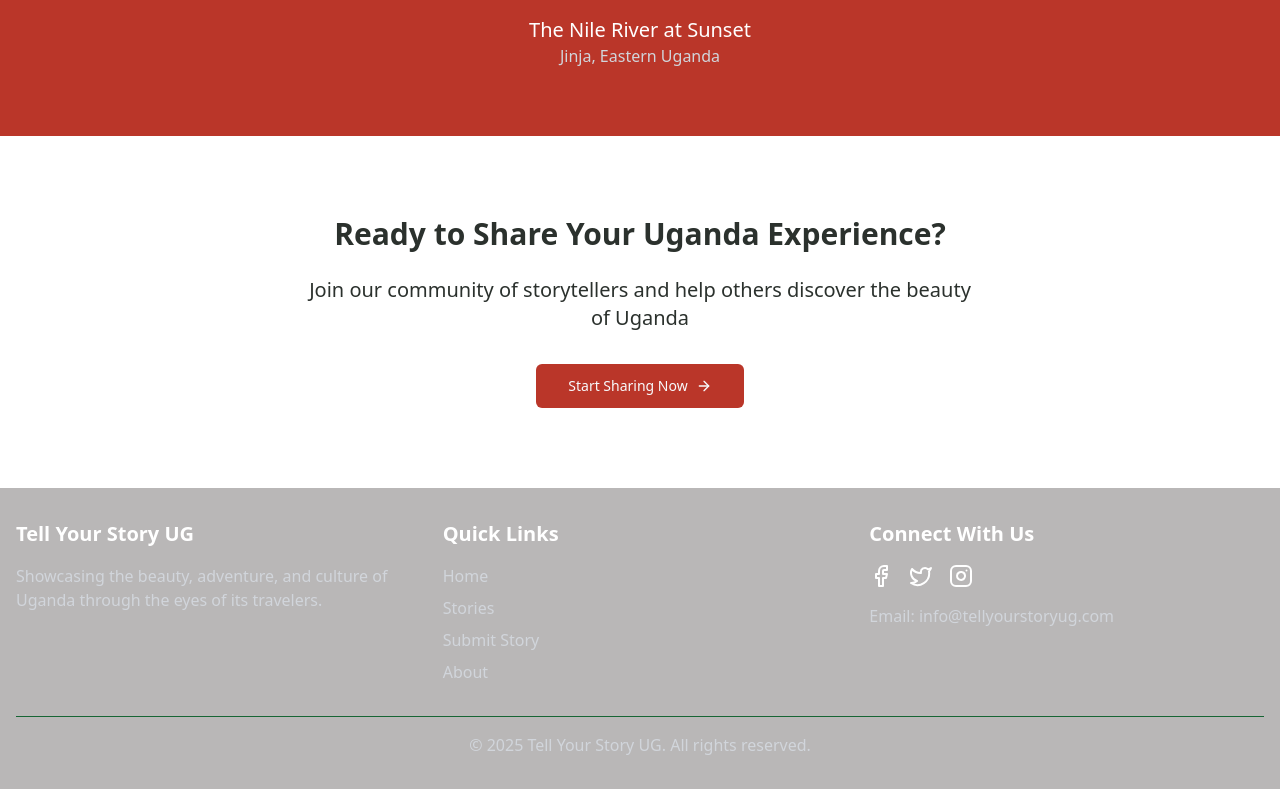
Repository: kaizoku010/take.part
Page: /
An editor plug-in stored every save of this project. The page is shown before and after a run of saves, followed by the edit.
The browser window is 1280 px wide. The pictures show the part of the page from y = 2259 to 3048 px (the page is 3048 px tall).
The project was rebuilt for these pictures with package versions that can differ from the ones it lists, and the page was loaded fresh each time. Also part of the build but not shown: vite.config.ts, src/components/ui/tooltip.tsx, src/pages/About.tsx, src/components/ui/input.tsx, src/pages/Stories.tsx, src/pages/StoryDetail.tsx, src/components/ui/use-toast.ts, src/components/ui/label.tsx and 3 more.

Above is the page before, as saved 2025-04-14 14:28:51.

### index.html

<!DOCTYPE html>
<html lang="en">
  <head>
    <meta charset="UTF-8" />
    <meta name="viewport" content="width=device-width, initial-scale=1.0" />
    <title>Tell Your Story</title>
    <meta name="description" content="Share your Ugandan tourism experiences and inspire others to explore the Pearl of Africa" />
    <meta name="author" content="muneza dixon" />

    <meta property="og:title" content="Tell Your Story UG - Explore Uganda" />
    <meta property="og:description" content="Share your Ugandan tourism experiences and inspire others to explore the Pearl of Africa" />

    <!-- Meta Pixel Code -->
    <script>
    !function(f,b,e,v,n,t,s)
    {if(f.fbq)return;n=f.fbq=function(){n.callMethod?
    n.callMethod.apply(n,arguments):n.queue.push(arguments)};
    if(!f._fbq)f._fbq=n;n.push=n;n.loaded=!0;n.version='2.0';
    n.queue=[];t=b.createElement(e);t.async=!0;
    t.src=v;s=b.getElementsByTagName(e)[0];
    s.parentNode.insertBefore(t,s)}(window, document,'script',
    'https://connect.facebook.net/en_US/fbevents.js');
    fbq('init', '1846327909352916');
    fbq('track', 'PageView');
    </script>
    <!-- End Meta Pixel Code -->
  </head>

  <body>
    <div id="root"></div>
    <!-- Facebook Pixel noscript -->
    <noscript><img height="1" width="1" style="display:none"
    src="https://www.facebook.com/tr?id=1846327909352916&ev=PageView&noscript=1"
    /></noscript>
    <!-- IMPORTANT: DO NOT REMOVE THIS SCRIPT TAG OR THIS VERY COMMENT! -->
    <script src="https://cdn.gpteng.co/gptengineer.js" type="module"></script>
    <script type="module" src="/src/main.tsx"></script>
  </body>
</html>

### src/App.tsx

import { Toaster } from "@/components/ui/toaster";
import { Toaster as Sonner } from "@/components/ui/sonner";
import { TooltipProvider } from "@/components/ui/tooltip";
import { QueryClient, QueryClientProvider } from "@tanstack/react-query";
import { BrowserRouter, Routes, Route } from "react-router-dom";
import Home from "./pages/Home";
import About from "./pages/About";
import Stories from "./pages/Stories";
import StoryDetail from "./pages/StoryDetail";
import SubmitStory from "./pages/SubmitStory";
import NotFound from "./pages/NotFound";
import "./mdx.css";

const queryClient = new QueryClient();

const App = () => (
  <QueryClientProvider client={queryClient}>
    <TooltipProvider>
      <Toaster />
      <Sonner />
      <BrowserRouter>
        <Routes>
          <Route path="/" element={<Home />} />
          <Route path="/about" element={<About />} />
          <Route path="/stories" element={<Stories />} />
          <Route path="/stories/:id" element={<StoryDetail />} />
          <Route path="/submit-story" element={<SubmitStory />} />
          {/* ADD ALL CUSTOM ROUTES ABOVE THE CATCH-ALL "*" ROUTE */}
          <Route path="*" element={<NotFound />} />
        </Routes>
      </BrowserRouter>
    </TooltipProvider>
  </QueryClientProvider>
);

export default App;

### src/index.css
@tailwind base;
@tailwind components;
@tailwind utilities;

@layer base {
  :root {
    --background: 0 0% 100%;
    --foreground: 222.2 84% 4.9%;

    --card: 0 0% 100%;
    --card-foreground: 222.2 84% 4.9%;

    --popover: 0 0% 100%;
    --popover-foreground: 222.2 84% 4.9%;

    /* Main Orange/Gold */
    --primary: 41.81 100% 49.8%;
    --primary-foreground: 210 40% 98%;

    /* Rust Red */
    --secondary: 5.38 63.88% 44.51%;
    --secondary-foreground: 210 40% 98%;

    /* Change accent to Rust Red */
    --accent: 5.38 63.88% 44.51%;
    --accent-foreground: 210 40% 98%;

    --muted: 210 40% 96.1%;
    --muted-foreground: 215.4 16.3% 46.9%;

    --destructive: 0 84.2% 60.2%;
    --destructive-foreground: 210 40% 98%;

    --border: 214.3 31.8% 91.4%;
    --input: 214.3 31.8% 91.4%;
    --ring: 5.38 63.88% 44.51%;  /* Changed to Rust Red */

    --radius: 0.5rem;

    --sidebar-background: 0 0% 98%;

    --sidebar-foreground: 240 5.3% 26.1%;

    --sidebar-primary: 240 5.9% 10%;

    --sidebar-primary-foreground: 0 0% 98%;

    --sidebar-accent: 240 4.8% 95.9%;

    --sidebar-accent-foreground: 240 5.9% 10%;

    --sidebar-border: 220 13% 91%;

    --sidebar-ring: 217.2 91.2% 59.8%;
  }

  .dark {
    --background: 222.2 84% 4.9%;
    --foreground: 210 40% 98%;

    --card: 222.2 84% 4.9%;
    --card-foreground: 210 40% 98%;

    --popover: 222.2 84% 4.9%;
    --popover-foreground: 210 40% 98%;

    /* Main Orange/Gold */
    --primary: 41.81 100% 49.8%;
    --primary-foreground: 210 40% 98%;

    /* Rust Red */
    --secondary: 5.38 63.88% 44.51%;
    --secondary-foreground: 210 40% 98%;

    /* Change accent to Rust Red */
    --accent: 5.38 63.88% 44.51%;
    --accent-foreground: 210 40% 98%;

    --muted: 217.2 32.6% 17.5%;
    --muted-foreground: 215 20.2% 65.1%;

    --destructive: 0 62.8% 30.6%;
    --destructive-foreground: 210 40% 98%;

    --border: 217.2 32.6% 17.5%;
    --input: 217.2 32.6% 17.5%;
    --ring: 5.38 63.88% 44.51%;  /* Changed to Rust Red */
    --sidebar-background: 240 5.9% 10%;
    --sidebar-foreground: 240 4.8% 95.9%;
    --sidebar-primary: 224.3 76.3% 48%;
    --sidebar-primary-foreground: 0 0% 100%;
    --sidebar-accent: 240 3.7% 15.9%;
    --sidebar-accent-foreground: 240 4.8% 95.9%;
    --sidebar-border: 240 3.7% 15.9%;
    --sidebar-ring: 217.2 91.2% 59.8%;
  }
}

@layer base {
  * {
    @apply border-border;
  }

  body {
    @apply bg-background text-foreground;
  }
}

### src/components/ui/toaster.tsx
import { useToast } from "@/hooks/use-toast"
import {
  Toast,
  ToastClose,
  ToastDescription,
  ToastProvider,
  ToastTitle,
  ToastViewport,
} from "@/components/ui/toast"

export function Toaster() {
  const { toasts } = useToast()

  return (
    <ToastProvider>
      {toasts.map(function ({ id, title, description, action, ...props }) {
        return (
          <Toast key={id} {...props}>
            <div className="grid gap-1">
              {title && <ToastTitle>{title}</ToastTitle>}
              {description && (
                <ToastDescription>{description}</ToastDescription>
              )}
            </div>
            {action}
            <ToastClose />
          </Toast>
        )
      })}
      <ToastViewport />
    </ToastProvider>
  )
}

### src/components/ui/sonner.tsx
import { useTheme } from "next-themes"
import { Toaster as Sonner, toast } from "sonner"

type ToasterProps = React.ComponentProps<typeof Sonner>

const Toaster = ({ ...props }: ToasterProps) => {
  const { theme = "system" } = useTheme()

  return (
    <Sonner
      theme={theme as ToasterProps["theme"]}
      className="toaster group"
      toastOptions={{
        classNames: {
          toast:
            "group toast group-[.toaster]:bg-background group-[.toaster]:text-foreground group-[.toaster]:border-border group-[.toaster]:shadow-lg",
          description: "group-[.toast]:text-muted-foreground",
          actionButton:
            "group-[.toast]:bg-primary group-[.toast]:text-primary-foreground",
          cancelButton:
            "group-[.toast]:bg-muted group-[.toast]:text-muted-foreground",
        },
      }}
      {...props}
    />
  )
}

export { Toaster, toast }

### src/mdx.css
/* #hero-text{
    font-size: medium !important;
} */

#logo{
    width: 6rem !important;
}

#link{
    font-weight: 500;
color:rgba(0, 0, 0, 0.658) !important;
}


.bg-green-800{
    background-color: #ba3629 !important;
}

.bg-yellow-800{
    background-color: rgb(254, 177, 0) !important;
}

.bg-green-900 {
background-color: rgb(185, 183, 183) !important;
}


.text-green-800 {
    --tw-text-opacity: 1;
    color: rgb(43 49 45) !important;
}

### src/components/ui/button.tsx
import * as React from "react"
import { Slot } from "@radix-ui/react-slot"
import { cva, type VariantProps } from "class-variance-authority"

import { cn } from "@/lib/utils"

const buttonVariants = cva(
  "inline-flex items-center justify-center gap-2 whitespace-nowrap rounded-md text-sm font-medium ring-offset-background transition-colors focus-visible:outline-none focus-visible:ring-2 focus-visible:ring-ring focus-visible:ring-offset-2 disabled:pointer-events-none disabled:opacity-50 [&_svg]:pointer-events-none [&_svg]:size-4 [&_svg]:shrink-0",
  {
    variants: {
      variant: {
        default: "bg-primary text-primary-foreground hover:bg-primary/90",
        destructive:
          "bg-destructive text-destructive-foreground hover:bg-destructive/90",
        outline:
          "border border-input bg-background hover:bg-accent hover:text-accent-foreground",
        secondary:
          "bg-secondary text-secondary-foreground hover:bg-secondary/80",
        ghost: "hover:bg-accent hover:text-accent-foreground",
        link: "text-primary underline-offset-4 hover:underline",
      },
      size: {
        default: "h-10 px-4 py-2",
        sm: "h-9 rounded-md px-3",
        lg: "h-11 rounded-md px-8",
        icon: "h-10 w-10",
      },
    },
    defaultVariants: {
      variant: "default",
      size: "default",
    },
  }
)

export interface ButtonProps
  extends React.ButtonHTMLAttributes<HTMLButtonElement>,
    VariantProps<typeof buttonVariants> {
  asChild?: boolean
}

const Button = React.forwardRef<HTMLButtonElement, ButtonProps>(
  ({ className, variant, size, asChild = false, ...props }, ref) => {
    const Comp = asChild ? Slot : "button"
    return (
      <Comp
        className={cn(buttonVariants({ variant, size, className }))}
        ref={ref}
        {...props}
      />
    )
  }
)
Button.displayName = "Button"

export { Button, buttonVariants }

### src/components/ui/card.tsx
import * as React from "react"

import { cn } from "@/lib/utils"

const Card = React.forwardRef<
  HTMLDivElement,
  React.HTMLAttributes<HTMLDivElement>
>(({ className, ...props }, ref) => (
  <div
    ref={ref}
    className={cn(
      "rounded-lg border bg-card text-card-foreground shadow-sm",
      className
    )}
    {...props}
  />
))
Card.displayName = "Card"

const CardHeader = React.forwardRef<
  HTMLDivElement,
  React.HTMLAttributes<HTMLDivElement>
>(({ className, ...props }, ref) => (
  <div
    ref={ref}
    className={cn("flex flex-col space-y-1.5 p-6", className)}
    {...props}
  />
))
CardHeader.displayName = "CardHeader"

const CardTitle = React.forwardRef<
  HTMLParagraphElement,
  React.HTMLAttributes<HTMLHeadingElement>
>(({ className, ...props }, ref) => (
  <h3
    ref={ref}
    className={cn(
      "text-2xl font-semibold leading-none tracking-tight",
      className
    )}
    {...props}
  />
))
CardTitle.displayName = "CardTitle"

const CardDescription = React.forwardRef<
  HTMLParagraphElement,
  React.HTMLAttributes<HTMLParagraphElement>
>(({ className, ...props }, ref) => (
  <p
    ref={ref}
    className={cn("text-sm text-muted-foreground", className)}
    {...props}
  />
))
CardDescription.displayName = "CardDescription"

const CardContent = React.forwardRef<
  HTMLDivElement,
  React.HTMLAttributes<HTMLDivElement>
>(({ className, ...props }, ref) => (
  <div ref={ref} className={cn("p-6 pt-0", className)} {...props} />
))
CardContent.displayName = "CardContent"

const CardFooter = React.forwardRef<
  HTMLDivElement,
  React.HTMLAttributes<HTMLDivElement>
>(({ className, ...props }, ref) => (
  <div
    ref={ref}
    className={cn("flex items-center p-6 pt-0", className)}
    {...props}
  />
))
CardFooter.displayName = "CardFooter"

export { Card, CardHeader, CardFooter, CardTitle, CardDescription, CardContent }

### src/components/layout/Layout.tsx

import { ReactNode } from "react";
import Header from "./Header";
import Footer from "./Footer";

interface LayoutProps {
  children: ReactNode;
}

const Layout = ({ children }: LayoutProps) => {
  return (
    <div className="flex flex-col min-h-screen">
      <Header />
      <main className="flex-grow">
        {children}
      </main>
      <Footer />
    </div>
  );
};

export default Layout;

### src/components/layout/Header.tsx

import { useState } from "react";
import { Menu, X } from "lucide-react";
import { Link } from "react-router-dom";
import Logo from "../../media/logo.png";

const Header = () => {
  const [isMenuOpen, setIsMenuOpen] = useState(false);

  const toggleMenu = () => {
    setIsMenuOpen(!isMenuOpen);
  };

  return (
    <header className="text-white shadow-md">
      <div className="container mx-auto px-4 py-4">
        <div className="flex justify-between items-center">
          <Link to="/" className="text-2xl font-bold flex items-center gap-2">
            <img id="logo" src={Logo} alt="Logo" />
            {/* <span className="text-white">Tell Your Story</span> */}
          </Link>

          {/* Desktop Navigation */}
          <nav className="hidden md:flex space-x-8">
            <Link to="/" id="link" className="hover:text-yellow-400 transition-colors">Home</Link>
            <Link to="/stories" id="link" className="hover:text-yellow-400 transition-colors">Stories</Link>
            <Link to="/submit-story" id="link" className="hover:text-yellow-400 transition-colors">Submit Story</Link>
            <Link to="/about" id="link" className="hover:text-yellow-400 transition-colors">About</Link>
          </nav>

          {/* Mobile Menu Button */}
          <button
            onClick={toggleMenu}
            className="md:hidden text-white focus:outline-none"
          >
            {isMenuOpen ? <X size={24} /> : <Menu size={24} />}
          </button>
        </div>

        {/* Mobile Navigation */}
        {isMenuOpen && (
          <nav className="md:hidden pt-4 pb-2">
            <div className="flex flex-col space-y-3">
              <Link
                to="/"
                id="link"
                className="hover:text-yellow-400 transition-colors py-2"
                onClick={() => setIsMenuOpen(false)}
              >
                Home
              </Link>
              <Link
                to="/stories"
                id="link"
                className="hover:text-yellow-400 transition-colors py-2"
                onClick={() => setIsMenuOpen(false)}
              >
                Stories
              </Link>
              <Link
                to="/submit-story"
                id="link"
                className="hover:text-yellow-400 transition-colors py-2"
                onClick={() => setIsMenuOpen(false)}
              >
                Submit Story
              </Link>
              <Link
                to="/about"
                id="link"
                className="hover:text-yellow-400 transition-colors py-2"
                onClick={() => setIsMenuOpen(false)}
              >
                About
              </Link>
            </div>
          </nav>
        )}
      </div>
    </header>
  );
};

export default Header;

### src/components/layout/Footer.tsx

import { Facebook, Instagram, Twitter } from "lucide-react";
import { Link } from "react-router-dom";

const Footer = () => {
  return (
    <footer className="bg-green-900 text-white py-8">
      <div className="container mx-auto px-4">
        <div className="grid grid-cols-1 md:grid-cols-3 gap-8">
          <div>
            <h3 className="text-xl font-bold mb-4">Tell Your Story UG</h3>
            <p className="text-gray-300">
              Showcasing the beauty, adventure, and culture of Uganda through the eyes of its travelers.
            </p>
          </div>

          <div>
            <h3 className="text-xl font-bold mb-4">Quick Links</h3>
            <ul className="space-y-2">
              <li><Link to="/" className="text-gray-300 hover:text-yellow-400 transition-colors">Home</Link></li>
              <li><Link to="/stories" className="text-gray-300 hover:text-yellow-400 transition-colors">Stories</Link></li>
              <li><Link to="/submit-story" className="text-gray-300 hover:text-yellow-400 transition-colors">Submit Story</Link></li>
              <li><Link to="/about" className="text-gray-300 hover:text-yellow-400 transition-colors">About</Link></li>
            </ul>
          </div>

          <div>
            <h3 className="text-xl font-bold mb-4">Connect With Us</h3>
            <div className="flex space-x-4">
              <a href="https://facebook.com" target="_blank" rel="noopener noreferrer" className="hover:text-yellow-400 transition-colors">
                <Facebook size={24} />
              </a>
              <a href="https://twitter.com" target="_blank" rel="noopener noreferrer" className="hover:text-yellow-400 transition-colors">
                <Twitter size={24} />
              </a>
              <a href="https://instagram.com" target="_blank" rel="noopener noreferrer" className="hover:text-yellow-400 transition-colors">
                <Instagram size={24} />
              </a>
            </div>
            <p className="mt-4 text-gray-300">
              Email: <a href="mailto:info@tellyourstoryug.com" className="hover:text-yellow-400 transition-colors">info@tellyourstoryug.com</a>
            </p>
          </div>
        </div>

        <div className="mt-8 pt-4 border-t border-green-800 text-center text-gray-300">
          <p>&copy; {new Date().getFullYear()} Tell Your Story UG. All rights reserved.</p>
        </div>
      </div>
    </footer>
  );
};

export default Footer;

### tailwind.config.ts
import type { Config } from "tailwindcss";

export default {
	darkMode: ["class"],
	content: [
		"./pages/**/*.{ts,tsx}",
		"./components/**/*.{ts,tsx}",
		"./app/**/*.{ts,tsx}",
		"./src/**/*.{ts,tsx}",
	],
	prefix: "",
	theme: {
		container: {
			center: true,
			padding: '2rem',
			screens: {
				'2xl': '1400px'
			}
		},
		extend: {
			colors: {
				main: 'hsl(41.81, 100%, 49.8%)',    // Orange/Gold
				accent: 'hsl(5.38, 63.88%, 44.51%)', // Rust Red
				border: 'hsl(var(--border))',
				input: 'hsl(var(--input))',
				ring: 'hsl(var(--ring))',
				background: 'hsl(var(--background))',
				foreground: 'hsl(var(--foreground))',
				primary: {
					DEFAULT: 'hsl(var(--primary))',
					foreground: 'hsl(var(--primary-foreground))'
				},
				secondary: {
					DEFAULT: 'hsl(var(--secondary))',
					foreground: 'hsl(var(--secondary-foreground))'
				},
				destructive: {
					DEFAULT: 'hsl(var(--destructive))',
					foreground: 'hsl(var(--destructive-foreground))'
				},
				muted: {
					DEFAULT: 'hsl(var(--muted))',
					foreground: 'hsl(var(--muted-foreground))'
				},
				// accent: {
				// 	DEFAULT: 'hsl(var(--accent))',
				// 	foreground: 'hsl(var(--accent-foreground))'
				// },
				popover: {
					DEFAULT: 'hsl(var(--popover))',
					foreground: 'hsl(var(--popover-foreground))'
				},
				card: {
					DEFAULT: 'hsl(var(--card))',
					foreground: 'hsl(var(--card-foreground))'
				},
				sidebar: {
					DEFAULT: 'hsl(var(--sidebar-background))',
					foreground: 'hsl(var(--sidebar-foreground))',
					primary: 'hsl(var(--sidebar-primary))',
					'primary-foreground': 'hsl(var(--sidebar-primary-foreground))',
					accent: 'hsl(var(--sidebar-accent))',
					'accent-foreground': 'hsl(var(--sidebar-accent-foreground))',
					border: 'hsl(var(--sidebar-border))',
					ring: 'hsl(var(--sidebar-ring))'
				}
			},
			borderRadius: {
				lg: 'var(--radius)',
				md: 'calc(var(--radius) - 2px)',
				sm: 'calc(var(--radius) - 4px)'
			},
			keyframes: {
				'accordion-down': {
					from: {
						height: '0'
					},
					to: {
						height: 'var(--radix-accordion-content-height)'
					}
				},
				'accordion-up': {
					from: {
						height: 'var(--radix-accordion-content-height)'
					},
					to: {
						height: '0'
					}
				}
			},
			animation: {
				'accordion-down': 'accordion-down 0.2s ease-out',
				'accordion-up': 'accordion-up 0.2s ease-out'
			}
		}
	},
	plugins: [require("tailwindcss-animate")],
} satisfies Config;

Loaded but not shown: src/main.tsx (common file); src/hooks/use-toast.ts (common file); src/lib/utils.ts (common file); src/pages/Home.tsx (239 lines, source omitted); src/components/ui/carousel.tsx (260 lines, source omitted); src/components/ui/toast.tsx (127 lines, source omitted)

After the next 2 saves:
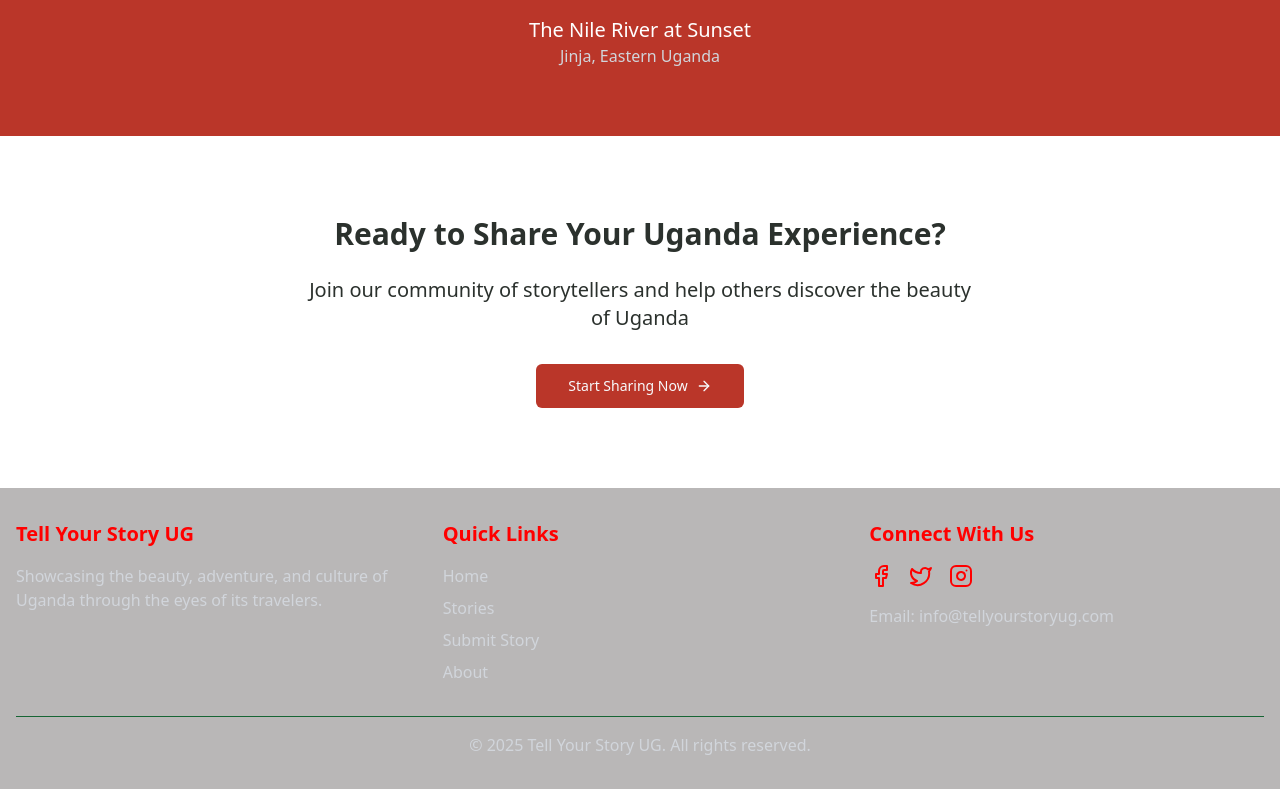
The 2 saves are shown as one change because they came seconds apart.
The last was saved 11 s later.
--- a/src/mdx.css
+++ b/src/mdx.css
@@ -21,6 +21,7 @@ color:rgba(0, 0, 0, 0.658) !important;
 }
 
 .bg-green-900 {
+    color: red !important;
 background-color: rgb(185, 183, 183) !important;
 }
 
